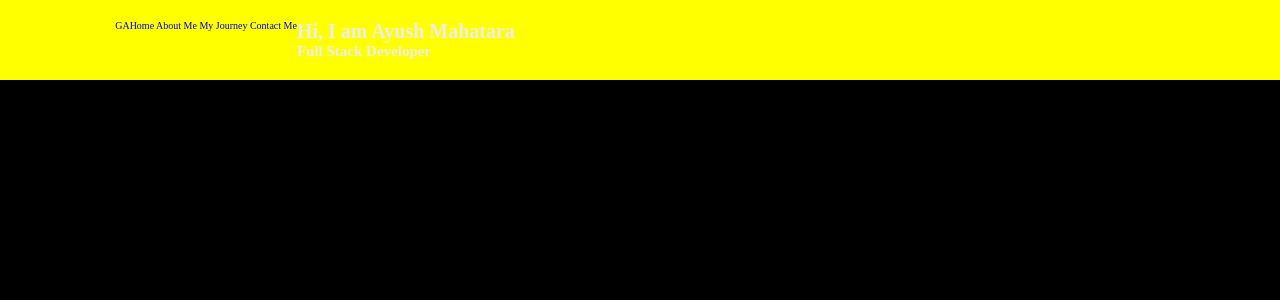
Repository: AyushMahatara/personal-website
Page: New folder/index.html
These files come from the project's save history. The page is drawn as it stood at one moment and after the next save; the edit follows.
The browser window is 1280 px wide. The pictures show the whole page.

Above is the page before, as saved 2023-08-09 23:16:31.

After the next save:
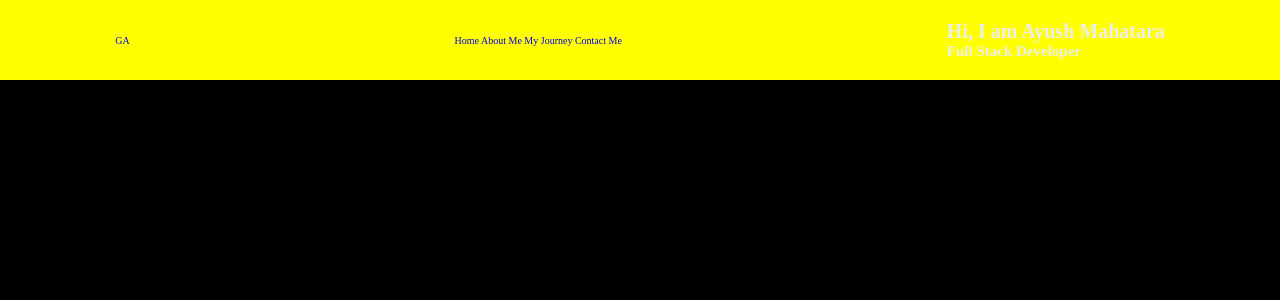
Saved 19 s later.
--- a/New folder/style.css
+++ b/New folder/style.css
@@ -32,5 +32,7 @@ body {
   padding: 2rem 9%;
   background: yellow;
   display: flex;
-  justify-content: ;
+  justify-content: space-between;
+  align-items: center;
+  z-index: 100;
 }
